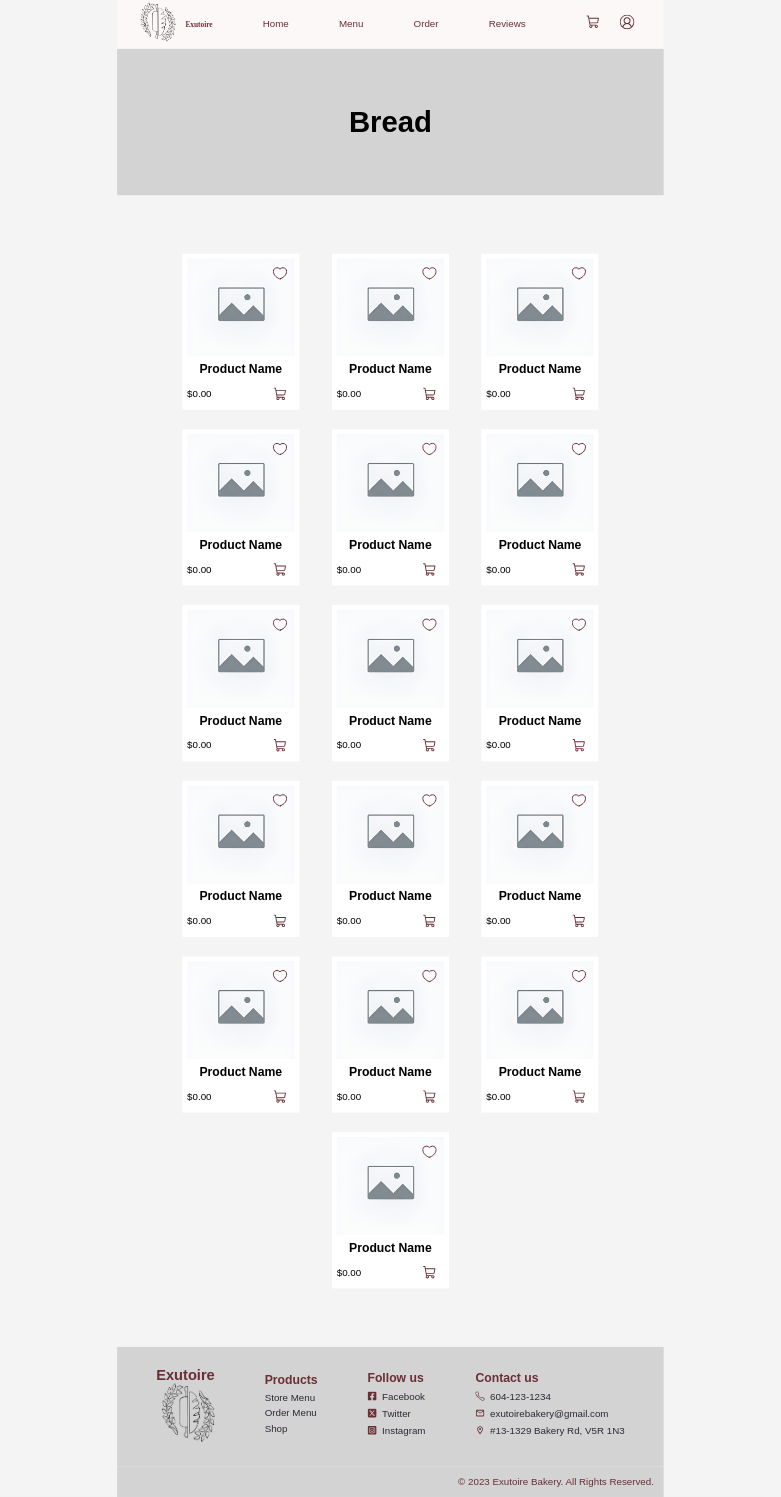
Repository: MelissaJacobi/COMP3170-final-proj
Page: /menu/bread
An editor plug-in stored every save of this project. The page is shown before and after the next save, followed by the edit.
The browser window is 1280 px wide. The pictures show the whole page, at 61% of full size.
The project was rebuilt for these pictures with package versions that can differ from the ones it lists, and the page was loaded fresh each time. Also part of the build but not shown: vite.config.js, src/pages/ShoppingCart.module.css, src/components/ShoppingCartCard.module.css, src/components/ShoppingCartCard.jsx, src/components/OrderTotal.jsx, src/pages/ShoppingCart.jsx, src/pages/Profile.module.css, src/pages/Profile.jsx and 35 more.

Above is the page before, as saved 2024-11-11 11:34:33.

### src/main.jsx
import { StrictMode } from 'react'
import { createRoot } from 'react-dom/client'
import App from './App.jsx'
import './index.css'

const rootElement = document.getElementById('root');
if (rootElement) {
  createRoot(rootElement).render(
    <StrictMode>
      <App />
    </StrictMode>
  );
}

### src/App.jsx
import { BrowserRouter as Router, Routes, Route } from 'react-router-dom';
import styles from './App.module.css';
import Header from './components/Header';
import Footer from './components/Footer';
import Home from './pages/Home';
import Menu from './pages/menu';
import Bread from './pages/Bread';
import Pastries from './pages/Pastries';
import Cakes from './pages/Cakes';
import Drinks from './pages/Drinks';
import Seasonal from './pages/Seasonal';
import OrderPickUp from './pages/OrderPickUp';
import OrderDelivery from './pages/OrderDelivery';
import ShoppingCart from './pages/ShoppingCart';
import Profile from './pages/Profile';
import Reviews from './pages/Reviews';
import Favourites from './pages/Favourites';

function App() {
  return (
    <Router>
      <div className={styles.appContainer}>
        <Header />
        <Routes>
          <Route path="/" element={<Home />} />
          <Route path="/menu" element={<Menu />} />
          <Route path="/menu/bread" element={<Bread />} />
          <Route path="/menu/pastries" element={<Pastries />} />
          <Route path="/menu/cakes" element={<Cakes />} />
          <Route path="/menu/drinks" element={<Drinks />} />
          <Route path="/menu/seasonal" element={<Seasonal />} />
          <Route path="/orderpickup" element={<OrderPickUp />} />
          <Route path="/orderdelivery" element={<OrderDelivery />} />
          <Route path="/shoppingcart" element={<ShoppingCart/>}/>
          <Route path="/profile" element={<Profile />}/>
          <Route path="/Reviews" element={<Reviews />}/>
          <Route path="/Favourites" element={<Favourites />} />
        </Routes>
        <Footer />
      </div>
    </Router>
  );
}

export default App;

### src/index.css
* {
  margin: 0;
  padding: 0;
  box-sizing: border-box;
}

body {
  font-family: Arial, sans-serif;
  line-height: 1.6;
  background-color: #f4f4f4;
}

:root {
  --primary-color: lightgrey;
  --secondary-color: lightblue;
  --accent-color: #6A2E35;
  --background-color: white;
  --text-color: #2E2836;
}

### src/App.module.css
.appContainer {
    width: 70%;
    height: 100%;
    margin: auto;
}

### src/components/Header.jsx
// Header.tsx
import { Link, Route, Router, Routes } from 'react-router-dom';
import styles from './Header.module.css';
import logo from "../assets/images/logo.png";
import { PiShoppingCart } from "react-icons/pi";
import { VscAccount } from "react-icons/vsc";
import OverallCart from '../pages/ShoppingCart';
import Profile from '../pages/Profile';

export default function Header() {
  return (
    <div className={styles.container}>
      <div>
        <Link to ="/"><img src={logo} alt="Logo" className={styles.logo} /></Link>
        <p className={styles.siteTitle}>Exutoire</p>
      </div>
      <Link to="/" className={styles.links}>Home</Link>
      <Link to="/Menu" className={styles.links}>Menu</Link>
      <Link to="/OrderPickUp" className={styles.links}>Order</Link>
      <Link to="/Reviews" className={styles.links}>Reviews</Link>
      <div>
        <Link to="/ShoppingCart">
          <PiShoppingCart className={styles.icon} />
        </Link>
        <Link to="/Profile">
          <VscAccount className={styles.icon} />
        </Link>
      </div>
    </div>
  );
}

### src/components/Footer.tsx
import logo from "../assets/images/logo.png"
import styles from "./Footer.module.css"
import { FaFacebookSquare } from "react-icons/fa";
import { FaSquareXTwitter } from "react-icons/fa6";
import { FaInstagramSquare } from "react-icons/fa";
import { SlPhone } from "react-icons/sl";
import { MdOutlineMailOutline } from "react-icons/md";
import { MdOutlineLocationOn } from "react-icons/md";

export default function Footer() {

  return (
    <>
      <div className={styles.container}>
        <div>
            <p className={styles.siteTitle}>Exutoire</p>
            <img src={logo} alt="Logo" className={styles.logo}/>
        </div>
        <ul>
          <p>Products</p>
          <li>Store Menu</li>
          <li>Order Menu</li>
          <li>Shop</li>
        </ul>
        <ul>
          <p>Follow us</p>
          <li><FaFacebookSquare className={styles.socialIcon}/>Facebook</li>
          <li><FaSquareXTwitter className={styles.socialIcon}/>Twitter</li>
          <li><FaInstagramSquare className={styles.socialIcon}/>Instagram</li>
        </ul>
        <ul>
          <p>Contact us</p>
          <li><SlPhone  className={styles.socialIcon}/>604-123-1234</li>
          <li><MdOutlineMailOutline className={styles.socialIcon}/>exutoirebakery@gmail.com</li>
          <li><MdOutlineLocationOn className={styles.socialIcon}/>#13-1329 Bakery Rd, V5R 1N3</li>
        </ul>
      </div>
      <p className={styles.copywrite}>© 2023 Exutoire Bakery.  All Rights Reserved.</p>
    </>
  )
}

### src/pages/Bread.jsx
import Product from "../components/Product";
import styles from "./Bread.module.css"

export default function Bread() {
    return (
      <div className={styles.container}>
        <div className={styles.banner}>
            <h1>Bread</h1>
        </div>
        <div className={styles.products}>
            <Product />
            <Product />
            <Product />
            <Product />
            <Product />
            <Product />
            <Product />
            <Product />
            <Product />
            <Product />
            <Product />
            <Product />
            <Product />
            <Product />
            <Product />
            <Product />
        </div>

      </div>
    );
  }

### src/components/Header.module.css
.container {
    background-color: rgba( 255, 250, 250, 0.7);
    width: 100%;
    height: 5rem;
    display: flex;
    align-items: center;
    justify-content: space-between;
    padding: 2rem;
    position: sticky;
    top: 0;
    z-index: 1000;
}

.logo {
    height: 4rem;
    width: 4rem;
}

.siteTitle {
    font-size: 12px;
    font-style: normal;
    font-weight: 900;
    line-height: normal;
    margin-left: 1rem;
    color: var(--accent-color);
    font-family: "Frances", serif;
    text-decoration: none;
}

.container div {
    display: flex;
    align-items: center;
}

.links {
    font-size: 16px;
    font-style: normal;
    font-weight: 400;
    line-height: normal;
    color: var(--accent-color);
    text-decoration: none;
}

.links:hover {
    text-shadow: 2px 2px 5px var(--accent-color);
}

.icon {
    height: 1.5rem;
    width: 1.5rem;
    margin: 1rem;
    color: var(--accent-color)
}

.icon:hover {
    cursor: pointer;
    filter: drop-shadow(1px 1px 3px var(--accent-color));
}

### src/components/Footer.module.css
.container {
    background-color: var(--primary-color);
    height: 100%;
    width: 100%;
    display: flex;
    flex-wrap: wrap;
    align-items: center;
    justify-content: space-between;
    padding: 2rem 4rem;
}

.container div{
    text-align: center;
}

.logo {
    width: 6rem;
    height: 6rem;
}

.siteTitle {
    font-size: 24px;
    font-style: normal;
    font-weight: 700;
    line-height: normal;
    color: var(--accent-color)
}

.container ul p {
    color: var(--accent-color);
    font-size: 20px;
    font-style: normal;
    font-weight: 700;
    line-height: normal;
}

.container ul li {
    font-size: 16px;
    font-style: normal;
    font-weight: 400;
    line-height: normal;
    margin: 0.5rem 0rem;
    padding: 0;
    list-style-type: none;
    color: var(--text-color)
}

.socialIcon {
    transform: translateY(0.1rem);
    color: var(--accent-color);
    margin-right: 0.5rem;
}

.copywrite {
    width: 100%;
    text-align: right;
    padding: 1rem;
    font-size: 16px;
    font-style: normal;
    font-weight: 400;
    line-height: normal;
    color: var(--accent-color);
    background-color: var(--primary-color);
}

### src/components/Product.jsx
import { useState } from "react";
import styles from './Product.module.css';
import placeholder from "../assets/images/placeholder.jpg";
import { PiShoppingCart } from "react-icons/pi";
import Heart from "../assets/images/Heart.svg";

export default function Product({ name, price, description, imageUrl }) { // Accept new props
  const [showPopup, setShowPopup] = useState(false);
  const [selectedSize, setSelectedSize] = useState("8\"");
  const [quantity, setQuantity] = useState(1);

  const handleContainerClick = () => {
    setShowPopup(true);
  };

  const handleClosePopup = () => {
    setShowPopup(false);
  };

  const handleOverlayClick = (e) => {
    if (e.target.classList.contains(styles.popupOverlay)) {
      handleClosePopup();
    }
  };

  const handleSizeChange = (e) => {
    setSelectedSize(e.target.value);
  };

  const handleAddQuantity = () => {
    setQuantity((prevQuantity) => prevQuantity + 1);
  };

  const handleSubtractQuantity = () => {
    setQuantity((prevQuantity) => (prevQuantity > 1 ? prevQuantity - 1 : 1)); // Prevents quantity from going below 1
  };

  return (
    <div>
      <div className={styles.container} onClick={handleContainerClick}>
        <img src={imageUrl || placeholder} className={styles.productImg} alt={name || "Product"} /> {/* Display image or placeholder */}
        <img src={Heart} className={styles.heartIcon} alt="Heart Icon" />
        <p className={styles.productName}>{name || "Product Name"}</p> {/* Display the name */}
        <div className={styles.infoAndCart}>
          <p>${price || "0.00"}</p> {/* Display the price */}
          <PiShoppingCart className={styles.icon} />
        </div>
      </div>

      {showPopup && (
        <div className={styles.popupOverlay} onClick={handleOverlayClick}>
          <div className={styles.popup}>
            <p className={styles.popupProductName}>{name || "Product Name"}</p>
            <img src={imageUrl || placeholder} className={styles.popupImg} alt={name || "Product"} /> {/* Display image or placeholder */}
            <p className={styles.popupDescription}>{description || "Product details and description go here."}</p> {/* Display description */}
            <div className={styles.menuAndPrice}>
              <select
                id="sizeSelect"
                value={selectedSize}
                onChange={handleSizeChange}
                className={styles.sizeSelect}
              >
                <option value="8">8"</option>
                <option value="12">12"</option>
                <option value="16">16"</option>
              </select>
              <p className={styles.popupPrice}>${price || "0.00"}</p>
            </div>
            <div className={styles.quantityAndAddBtn}>
              <div className={styles.quantity}>
                <button className={styles.subtractBtn} onClick={handleSubtractQuantity}>
                  &#8722;
                </button>
                <p>{quantity}</p>
                <button className={styles.addBtn} onClick={handleAddQuantity}>
                  &#43;
                </button>
              </div>
              <button className={styles.addToCart}>Add to Cart</button>
            </div>
          </div>
        </div>
      )}
    </div>
  );
}

### src/pages/Bread.module.css
.container {
    width: 100%;
    text-align: center;
}

.banner {
    width: 100%;
    height: 15rem;
    display: flex;
    justify-content: center;
    align-items: center;
    background-color: var(--primary-color);
}

.container h1 {
    font-size: 48px;
    font-style: normal;
    font-weight: 700;
    line-height: normal;
}

.products {
    width: 100%;
    display: flex;
    flex-wrap: wrap;
    justify-content: space-around;
    padding: 5rem;
}

.toggleFormButton {
    width: 50%;
    margin: 1rem 0;
    background-color: var(--background-color);
    color: var(--accent-color);
    border: 2px var(--accent-color) solid;
}

.toggleFormButton:hover {
    width: 50%;
    margin: 1rem 1rem;
    color: var(--background-color);
    border: 2px var(--accent-color) solid;
}

.addProductForm {
    width: 50%;
    margin: auto;
    background-color: var(--background-color);
    padding: 2rem;
    box-shadow: 0px 4px 8px rgba(0, 0, 0, 0.2);
}

### src/components/Product.module.css
.container {
    height: 16rem;
    width: 12rem;
    margin: 1rem;
    display: flex;
    flex-wrap: wrap;
    justify-content: center;
    background-color: white;
    padding: 0.5rem;
}

.productImg {
    height: 10rem;
    width: 100%;
    object-fit: cover;
}

.productName {
    font-size: 20px;
    font-style: normal;
    font-weight: 700;
    line-height: normal;
    width: 100%;
}

.infoAndCart {
    display: flex;
    justify-content: space-between;
    align-items: center;
    width: 100%;
}

.icon {
    height: 1.5rem;
    width: 1.5rem;
    color: var(--accent-color);
    margin-right: 0.75rem;
}

.heartIcon {
    height: 1.5rem;
    width: 1.5rem;
    color: var(-accent-color);
    position: absolute;
    margin-left: 8rem;
    margin-top: 0.75rem;
}

.container {
    cursor: pointer;
  }

  /* Popup overlay styling */
  .popupOverlay {
    position: fixed;
    top: 0;
    left: 0;
    width: 100%;
    height: 100%;
    background-color: rgba(0, 0, 0, 0.7);
    display: flex;
    align-items: center;
    justify-content: center;
    z-index: 1000;
  }

  /* Popup styling */
  .popup {
    position: absolute;
    background-color: #fff;
    padding: 2rem;
    border-radius: 8px;
    max-width: 400px;
  }


  .popupImg {
    width: 100%;
    height: auto;
    margin-bottom: 1rem;
  }

  .popupProductName {
    font-size: 1.2rem;
    font-weight: bold;
    margin-bottom: 0.5rem;
  }

  .popupPrice {
    font-size: 1rem;
    color: #666;
    margin-bottom: 1rem;
  }

  .popupDescription {
    font-size: 0.9rem;
    color: #333;
  }

  .sizeSelect {
    width: 4rem;
  }

  .menuAndPrice {
    display: flex;
    justify-content: space-between;
  }


  .quantity {
    display: flex;
    align-items: center;
    justify-content: center;
}

.quantity p {
    margin: 1rem;
}

.addBtn {
    display: flex;
    justify-content: center;
    align-items: center;
    background-color: inherit;
    border: 1.5px solid #6A2E35;
    color: #6A2E35;
    font-weight: bold;
    border-top-right-radius: 30px;
    border-bottom-right-radius: 30px;
    width: 50px;
    height: 40px;
    margin-right: 0.1rem;
    font-size: 2.5rem;
    font-weight: 100;
}

.subtractBtn {
    display: flex;
    justify-content: center;
    align-items: center;
    background-color: inherit;
    border: 1.5px solid #6A2E35;
    color: #6A2E35;
    font-weight: bold;
    border-top-left-radius: 30px;
    border-bottom-left-radius: 30px;
    width: 50px;
    height: 40px;
    margin-left: 0.1rem;
    font-size: 2.5rem;
    font-weight: 100;
}

.addBtn:hover, .subtractBtn:hover {
    background-color: #6A2E35;
    color: #ffff;
}

.quantityAndAddBtn {
    display: flex;
    justify-content: space-between;
}

.addToCart {
    width: 8rem;
}

### src/components/OrderTotal.module.css
.orderTotalContainer {
    display: flex;
    flex-direction: column;
    justify-content: flex-end;
    align-items: flex-end;
}

.subtotal, .tax, .grandTotal {
    display: flex;
    flex-direction: row;
    justify-content: space-around;
    width: 55%;
    margin: 0.5rem;
}

.grandTotal {
    font-size: 40px;
    font-weight: 300;
}

.line {
    background-color: #9a9a9a;
    height: 0.2rem;
    width: 55%;
}

.lineThin {
    background-color: #9a9a9a;
    height: 0.1rem;
    width: 55%;
}

.btns, Link {
    display: flex;
    justify-content: center;
    align-items: center;
    width: 30%;
    margin-bottom: 1rem;
}

.backBtn {
    background-color: inherit;
    color: #6A2E35;
}

.checkoutBtn {
    display: flex;
    justify-content: center;
    align-items: center;
    background-color: #6A2E35;
    height: 2.7rem;
    border-radius: 0;
    text-decoration: none;
}

.backBtn:hover {
    background-color: inherit;
    color: black;
}

.checkoutBtn:hover {
    background-color: var(--accent-color);
    box-shadow: 1px 1px 4px grey;
}

### src/pages/Reviews.module.css
.container {
    width: 100%;
}

.banner {
    width: 100%;
    height: 15rem;
    display: flex;
    justify-content: center;
    align-items: center;
    background-color: var(--primary-color);
}

.container h1 {
    font-size: 48px;
    font-style: normal;
    font-weight: 700;
    line-height: normal;
}

.reviews {
    width: 100%;
    display: flex;
    justify-content: center;
    flex-wrap: wrap;
    margin: 2rem 0;
}


.reviewFormContainer {
    margin: 40px;
  }

  .reviewForm {
    background-color: #f9f9f9;
    padding: 20px;
    box-shadow: 0 2px 10px rgba(0, 0, 0, 0.1);
  }

  .formGroup {
    margin-bottom: 15px;
  }

  input[type="text"],
  input[type="email"],
  textarea,
  select {
    width: 100%;
    padding: 10px;
    border: 1px solid #ddd;
    border-radius: 5px;
    font-size: 16px;
  }

  button {
    width: 100%;
    padding: 10px;
    background-color: #28a745;
    color: white;
    border: none;
    border-radius: 5px;
    font-size: 16px;
    cursor: pointer;
  }

  button:hover {
    background-color: #218838;
  }

  .reviews {
    margin-top: 20px;
  }

  .review {
    display: flex;
    align-items: flex-start;
    margin-bottom: 20px;
  }

Loaded but not shown: index.html (common file)

After the next save:
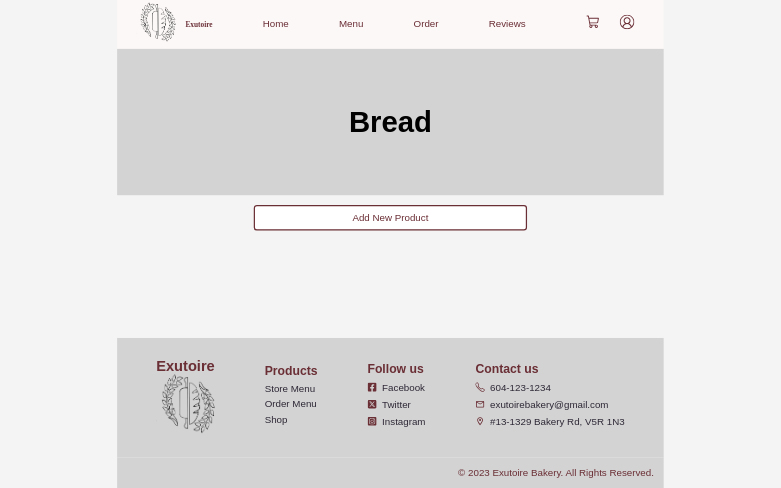
Saved 29 s later.
--- a/src/pages/Bread.jsx
+++ b/src/pages/Bread.jsx
@@ -1,31 +1,104 @@
+import { useState, useEffect } from "react";
 import Product from "../components/Product";
-import styles from "./Bread.module.css"
+import styles from "./Bread.module.css";
 
 export default function Bread() {
-    return (
-      <div className={styles.container}>
-        <div className={styles.banner}>
-            <h1>Bread</h1>
-        </div>
-        <div className={styles.products}>
-            <Product />
-            <Product />
-            <Product />
-            <Product />
-            <Product />
-            <Product />
-            <Product />
-            <Product />
-            <Product />
-            <Product />
-            <Product />
-            <Product />
-            <Product />
-            <Product />
-            <Product />
-            <Product />
-        </div>
+  const [products, setProducts] = useState([]);
+  const [productName, setProductName] = useState("");
+  const [productPrice, setProductPrice] = useState("");
+  const [productDescription, setProductDescription] = useState("");
+  const [productImageUrl, setProductImageUrl] = useState("");
+  const [showForm, setShowForm] = useState(false);
 
+  // Load drinks products from localStorage on component mount
+  useEffect(() => {
+    const storedProducts = localStorage.getItem("breadProducts");
+    if (storedProducts) {
+      setProducts(JSON.parse(storedProducts));
+    }
+  }, []);
+
+  const handleAddProduct = (e) => {
+    e.preventDefault();
+    if (productName.trim() && productPrice.trim() && productDescription.trim() && productImageUrl.trim()) {
+      const newProduct = {
+        name: productName,
+        price: productPrice,
+        description: productDescription,
+        imageUrl: productImageUrl
+      };
+
+      const updatedProducts = [...products, newProduct];
+      setProducts(updatedProducts);
+
+      // Save to localStorage with the unique "drinksProducts" key
+      localStorage.setItem("breadProducts", JSON.stringify(updatedProducts));
+
+      setProductName("");
+      setProductPrice("");
+      setProductDescription("");
+      setProductImageUrl("");
+    }
+  };
+
+  const toggleFormVisibility = () => {
+    setShowForm((prevShowForm) => !prevShowForm);
+  };
+
+  return (
+    <div className={styles.container}>
+      <div className={styles.banner}>
+        <h1>Bread</h1>
       </div>
-    );
-  }
+
+      <button onClick={toggleFormVisibility} className={styles.toggleFormButton}>
+        {showForm ? "Hide Form" : "Add New Product"}
+      </button>
+
+      {showForm && (
+        <form onSubmit={handleAddProduct} className={styles.addProductForm}>
+          <input
+            type="text"
+            value={productName}
+            onChange={(e) => setProductName(e.target.value)}
+            placeholder="Enter product name"
+            className={styles.productInput}
+          />
+          <input
+            type="text"
+            value={productPrice}
+            onChange={(e) => setProductPrice(e.target.value)}
+            placeholder="Enter product price"
+            className={styles.productInput}
+          />
+          <input
+            type="text"
+            value={productImageUrl}
+            onChange={(e) => setProductImageUrl(e.target.value)}
+            placeholder="Enter image URL"
+            className={styles.productInput}
+          />
+          <textarea
+            value={productDescription}
+            onChange={(e) => setProductDescription(e.target.value)}
+            placeholder="Enter product description"
+            className={styles.productInput}
+          />
+          <button type="submit" className={styles.addButton}>Add Product</button>
+        </form>
+      )}
+
+      <div className={styles.products}>
+        {products.map((product, index) => (
+          <Product
+            key={index}
+            name={product.name}
+            price={product.price}
+            description={product.description}
+            imageUrl={product.imageUrl}
+          />
+        ))}
+      </div>
+    </div>
+  );
+}
